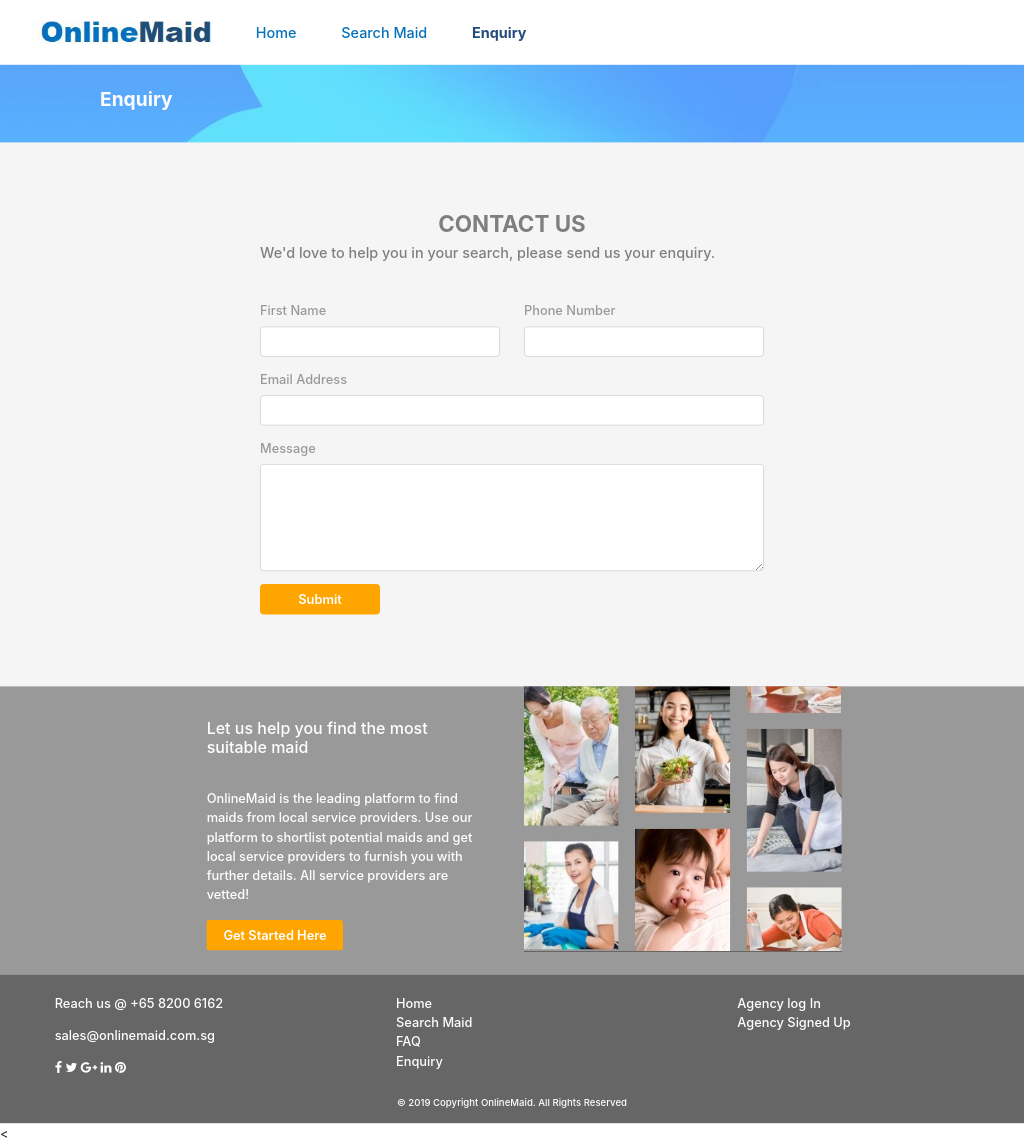
Repository: Code-Institute-Submissions/Project-1---Online-Maid
Page: enquiry.html
The author's editor kept a record of every edit. The page is drawn from the files as they stood at one moment, then again after the next edit.
The browser window is 1280 px wide. The pictures show the whole page, at 80% of full size.
Some web libraries are served in a nearby version.

Above is the page before.

### enquiry.html
<!DOCTYPE html>
<html lang="en">
<head>
    <meta charset="UTF-8">
    <meta name="viewport" content="width=device-width, initial-scale=1.0">
    <meta http-equiv="X-UA-Compatible" content="ie=edge">
    <link href="https://fonts.googleapis.com/css?family=Roboto:400,700|Open+Sans" rel="stylesheet">
    <link rel="stylesheet" href="https://stackpath.bootstrapcdn.com/bootstrap/4.3.1/css/bootstrap.min.css" type="text/css" />
    <link rel="stylesheet" href="https://stackpath.bootstrapcdn.com/font-awesome/4.7.0/css/font-awesome.min.css" type="text/css" />
    <link rel="stylesheet" href="https://cdnjs.cloudflare.com/ajax/libs/hover.css/2.1.1/css/hover-min.css" type="text/css" />
    <link rel="stylesheet" href="style.css" type="text/css" />
    <title>Online Maid</title>
</head>


<body>

<header>
  <nav class="navbar navbar-expand-lg navbar-light bg-white">
  <a class="navbar-brand" href="index.html"><img id="logo" class="pl-4 img-fluid d-md-block" src="images/logo.jpg" alt=""></a>
  <button class="navbar-toggler" type="button" data-toggle="collapse" data-target="#navbarSupportedContent" aria-controls="navbarSupportedContent" aria-expanded="false" aria-label="Toggle navigation">
    <span class="navbar-toggler-icon"></span>
  </button>

  <div class="collapse navbar-collapse" id="navbarSupportedContent">
    <ul class="navbar-nav mr-auto">
      <li class="nav-item">
        <a class="nav-link" href="index.html">Home</a>
      </li>
      <li class="nav-item">
        <a class="nav-link" href="searchMaid.html">Search Maid</a>
      </li>
      <li class="nav-item active">
        <a class="nav-link" href="enquiry.html">Enquiry</a>
      </li>
    </ul>
  </div>
</nav>
</header>

<article class="enquiry-body">
<section>
  <div class="header-jumbotron">
    <h4 class="header-jumbotron-text">Enquiry</h4>
  </div>
</section>

<section>
 <div class="container enquiry-body">
	<div class="row">
		<div class="col-md-8 col-md-offset-2 m-auto">
			<div class="contact-form">
				<h3 class="section-header">CONTACT US</h3>
				<p class="hint-text">We'd love to help you in your search, please send us your enquiry.</p>
					<div class="row">
						<div class="col-sm-6">
							<div class="form-group">
								<label for="inputFirstName" class="particular">First Name</label>
								<input type="text" class="form-control" id="inputFirstName" required>
							</div>
						</div>
						<div class="col-sm-6">
							<div class="form-group">
								<label for="inputLastName" class="particular">Phone Number</label>
								<input type="text" class="form-control" id="inputLastName" required>
							</div>
						</div>
					</div>
					<div class="form-group">
						<label for="inputEmail" class="particular">Email Address</label>
						<input type="email" class="form-control" id="inputEmail" required>
					</div>
					<div class="form-group">
						<label for="inputMessage" class="particular">Message</label>
						<textarea class="form-control" id="inputMessage" rows="5" required></textarea>
					</div>
					<input type="submit" class="btn btn-primary" value="Submit">
				</form>
			</div>
		</div>
	</div>
</div>
</section>

<section>
    <div class="row enquiry-container">
      <div class="col-md-2"></div>

      <div class="col-md-4">
      <h5 class ="enquiry-header">Let us help you find the most suitable maid</h5>
      <p class ="enquiry-content">OnlineMaid is the leading platform to find maids from local service providers.  Use our platform to shortlist potential maids and get local service providers to furnish you with further details. All service providers are vetted!</p>
      <button type="button" class="btn enquiry-btn" onclick="window.location.href='enquiry.html'">Get Started Here</button>
    </div>

      <div class="col-md-4 ">
      <img class="img-responsive w-100" src="images/enquiry-image.jpg" alt="Card image cap">
    </div>

      <div class="col-md-2"></div>
  </div>
  </section>

</article>






<footer class="page-footer font-small footer-style pt-4">
  <div class="container-fluid text-center text-md-left">
    <div class="row d-flex justify-content-around">

      <div class=" footer-left col-md-3 mt-md-0 mt-3">
        <p class="footer-content">Reach us @ +65 8200 6162</p>
        <p class= "footer-content">sales@onlinemaid.com.sg</p>

        <!-- social -->
        <a href="#" class="social so1 fa fa-facebook"></a>
        <a href="#" class="social fa fa-twitter"></a>
        <a href="#" class="social fa fa-google-plus"></a>
        <a href="#" class="social fa fa-linkedin"></a>
        <a href="#" class="social fa fa-pinterest"></a>
      </div>

      <div class="col-md-3 mb-md-0 mb-3">
        <ul class="list-unstyled">
          <li>
            <a href="index.html">Home</a>
          </li>
          <li>
            <a href="searchMaid.html">Search Maid</a>
          </li>
          <li>
            <a href="faq.html">FAQ</a>
          </li>
          <li>
            <a href="enquiry.html">Enquiry</a>
          </li>
        </ul>
      </div>

      <div class="col-md-3 mb-md-0 mb-3">
        <ul class="list-unstyled">
          <li>
            <a href="searchMaid.html">Agency log In</a>
          </li>
          <li>
            <a href="searchMaid.html">Agency Signed Up</a>
          </li>
        </ul>
      </div>

    </div>
  </div>

  <div class="footer-copyright text-center py-3">© 2019 Copyright OnlineMaid.  All Rights Reserved</div>
</footer>



<
    <script src="https://code.jquery.com/jquery-3.3.1.slim.min.js" integrity="sha384-q8i/X+965DzO0rT7abK41JStQIAqVgRVzpbzo5smXKp4YfRvH+8abtTE1Pi6jizo" crossorigin="anonymous"></script>
    <script src="https://cdnjs.cloudflare.com/ajax/libs/popper.js/1.14.7/umd/popper.min.js" integrity="sha384-UO2eT0CpHqdSJQ6hJty5KVphtPhzWj9WO1clHTMGa3JDZwrnQq4sF86dIHNDz0W1" crossorigin="anonymous"></script>
    <script src="https://stackpath.bootstrapcdn.com/bootstrap/4.3.1/js/bootstrap.min.js" integrity="sha384-JjSmVgyd0p3pXB1rRibZUAYoIIy6OrQ6VrjIEaFf/nJGzIxFDsf4x0xIM+B07jRM" crossorigin="anonymous"></script>
</body>
</html>

### style.css

/*overall*/
*{
    padding: 0;
    margin: 0;
    box-sizing: border-box;
    color: #737373;
    font-weight: 500;
}



/*header*/
#logo {
    height: 55px;
    max-width:100%;
}

.active{
     font-size: 25px;
}

.nav-item{
    padding: 0px 20px;
    font-weight:600;
    font-size: 18px;

}

.nav-link {
        color: #0571bb !important;
}

.active .nav-link {
   color: #234c7a !important;
   font-weight: bold;
}

/*footer*/
.footer-style{
    background: #666666;
}


.footer-content,
.social,
.footer-copyright,
.list-unstyled a {
    color: white;
}


.footer-left a:hover,
.list-unstyled a:hover {
   color:orange;
}


.list-unstyled a {
   text-decoration: none;
}


.footer-copyright{
    font-size: 12px;
}



/*Section 1-jumbotron*/
.j1 {
    background-image: url("images/banner.jpg");
    background-size: cover;
    color: white;
    padding : 120px 0px;
    margin: 0px 0px 120px;
     }


.maids-portal,
.getStarted{
   text-align: center;
    font-weight: 600;
    color: white;
    margin: 0px 20px 20px 20px;
    margin-bottom: 20px;
}


.getStarted{
    font-size: 20px;
}


.form-row {
    padding: 50px 0px 0px 0px;
}


.form-control {
    color: #737373;
    font-weight: 500;
}


.btn {
    background-color: #808080;
    color: white;
    padding: 0px 40px;
    font-weight: 600;
}


.btn:hover {
    background: orange;
    color: white;
}

@media (max-width:768px) {
    .form-row {
        padding:40px;
    }
}

/*section 2 - 4 Steps*/
.section-header{
    text-align: center;
    margin: 80px 0px 10px 0px ;
    line-height: 25px;
    font-weight: 700;
    position: relative;
    opacity: 0.9;
}


.steps-line{
    text-align: center;
    margin: 20px;
    padding: 0px;
    line-height: 25px;
    font-size: 18px;
}


.four-steps-container {
    margin: 50px 0px 0px 0px;
}


.steps-box {
    background-color: orange;
    text-align: center;
    font-weight: 500;
    color: white;
}


.steps-box-content {
    color: white;
}


.i{
    font-size: 100px;
}



/*index.html section 3*/
.six-choices-1 {
   margin: 30px 20px 30px 20px;
}


.six-choices-2 {
   margin: 30px 20px 20px 20px;
}


.maid-experience a:hover{
    text-decoration: none;
}


.maid-experience p {
    color: orange;
    font-size: 17px;
}



/*section 4 - enquiry-box*/
.enquiry-container {
    min-height: 350px;
    background-color: #999999;
    color: white;
    margin: 80px 0px 0px;
}


.enquiry-header {
    margin: 40px 30px 20px;
    /*margin-bottom: 20px;*/
    color: white;
}


.enquiry-content {
 font-size: 16px;
 margin: 40px 30px 20px;

 color: white;
}


.enquiry-btn{
    background: orange;
    color: white;
    padding: 0px 20px;
    min-height: 38px;
    margin: 0px 30px 30px;
    font-weight: 600
}

.contact-form .btn-primary:hover,
.enquiry-btn:hover,
.bio-btn:hover{
    background: #1d93e2;
    color: white;
    border: none;
}


/*section 5 - testimonial*/
.carousel {
	margin: 50px auto;
	padding: 0 70px;
}

.carousel .item {
	/*color: #999;*/
	font-size: 14px;
    text-align: center;
	overflow: hidden;
    min-height: 290px;
}


.carousel .item .img-box {
	width: 200px;
	height: 200px;
	margin: 0 auto;
	padding: 5px;
	border: 1px solid #ddd;
	border-radius: 50%;
}


.carousel .img-box img {
	width: 100%;
	height: 100%;
	display: block;
	border-radius: 50%;
}


.carousel .testimonial {
	padding: 30px 0 10px;
}


.carousel .overview {
	font-style: italic;
}


.overview b {
	text-transform: uppercase;
	color: #7AA641;
}


.carousel .carousel-control {
	width: 40px;
    height: 40px;
    margin-top: -20px;
    top: 50%;
	background: none;
}


.carousel-control i {
    font-size: 68px;
	line-height: 42px;
    position: absolute;
    display: inline-block;
	color: rgba(0, 0, 0, 0.8);
    text-shadow: 0 3px 3px #e6e6e6, 0 0 0 #000;
}


.carousel .carousel-indicators {
	bottom: -40px;
}


.carousel-indicators li, .carousel-indicators li.active {
	width: 10px;
	height: 10px;
	margin: 1px 3px;
	border-radius: 50%;
}


.carousel-indicators li {
	background: #999;
	border-color: transparent;
	box-shadow: inset 0 2px 1px rgba(0,0,0,0.2);
}


.carousel-indicators li.active {
	background: #555;
	box-shadow: inset 0 2px 1px rgba(0,0,0,0.2);
}





/*searchMaid Jumbotron*/

.header-jumbotron {
   background-image: url("images/banner.jpg");
    background-size: cover;
    padding : 30px 0px 30px 125px;
    /*margin-bottom: 30px;*/
    opacity: 0.8;
     }


.header-jumbotron-text{
    color: white;
    font-weight: 700
}


.bio-container {
    margin: 110px 0px 0px 0px;

}


@media (min-width:768px) {
    .bio-container {
       padding-left: 50px;
    }
}


.padding-left{
    padding-left: 40px;
}

.filter {
    margin: 10px 30px 20px 0px;

    color: #737373;
}


.filter-dropdown-box{
    height: 50px;
}


.maid-name{
    font-size: 20px;
    font-weight: 700;
    padding: 15px 0px 0px;
}


.small-label{
    font-size:13px;
    margin: 7px 0px;
}

.big-label{
    margin: 0px;
    padding: 0px;
}


.name-and-country,
.age-marital-status,
.maid-type,
.agency-name{
   padding: 0px 0px 5px 10px;
   margin: 0px 10px 2px;
   border-bottom-color: #e6e6e6;
   border-top:none;
}


.bio-btn{
    padding: 7px 0px;
    margin: 5px 10px;
    border: 0px;
    background: orange;
    font-weight: 600
}


.pagination-margin{
    margin: 50px 0px 0px;
}

@media (min-width:768px) {
    .card-deck{
        margin-bottom:50px;
    }
}

@media (max-width:768px) {
    .card-deck{
        padding: 0px 20px;
    }
}


/*enquiry-form*/
.searchmaid-body,
.enquiry-body{
        background: #f5f5f5;
    }


.contact-form {
    padding: 10px 50px;
}


.contact-form .btn  {
    min-height: 38px;
    border-radius: 5px;
    min-width: 150px;
    background: orange;
    border: none;
}


.hint-text {
    font-size: 18px;
    padding-bottom: 30px;
    opacity: 0.9;
}


.particular {
    opacity: 0.7;
}

After the next edit:
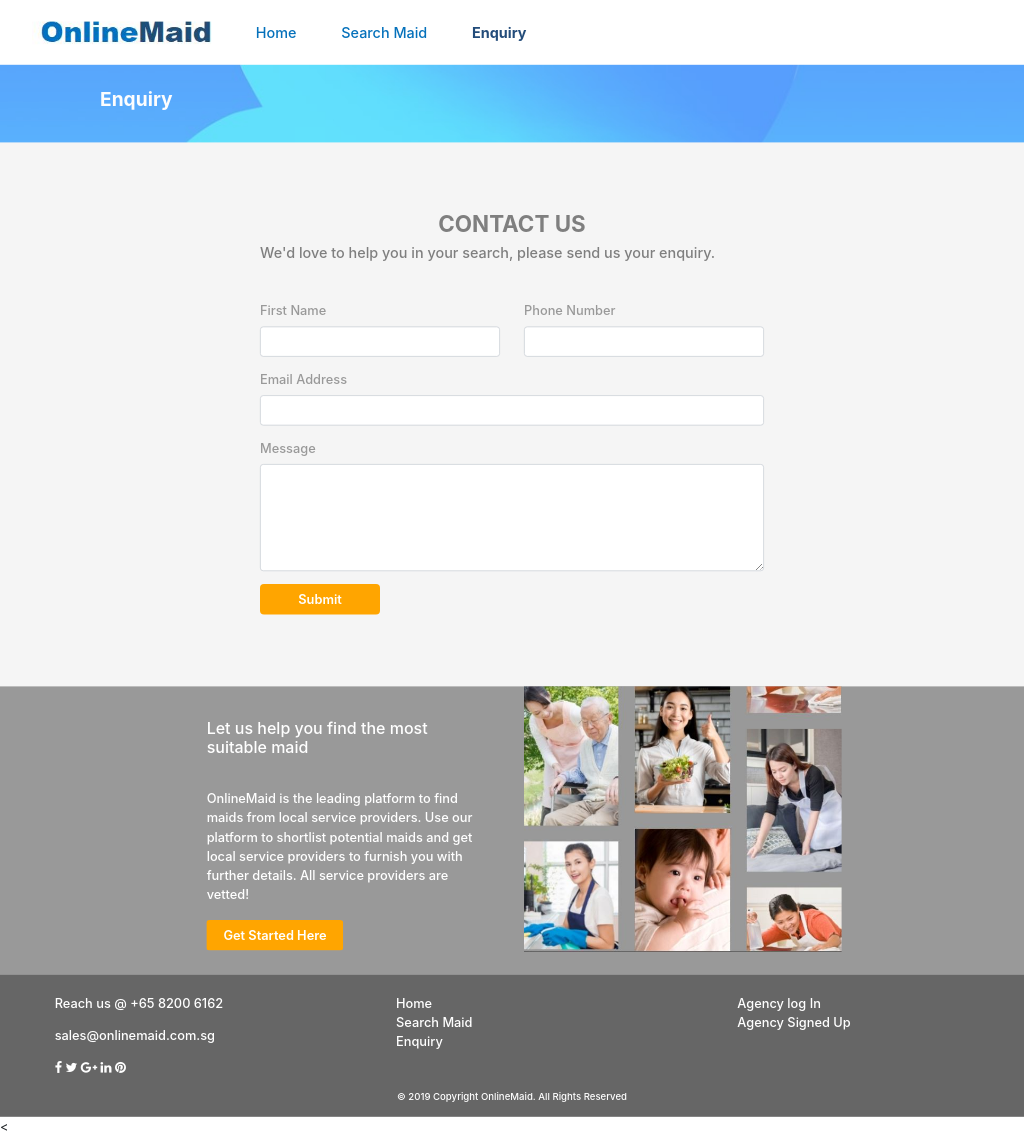
The edit:
--- a/enquiry.html
+++ b/enquiry.html
@@ -132,9 +132,6 @@
             <a href="searchMaid.html">Search Maid</a>
           </li>
           <li>
-            <a href="faq.html">FAQ</a>
-          </li>
-          <li>
             <a href="enquiry.html">Enquiry</a>
           </li>
         </ul>
